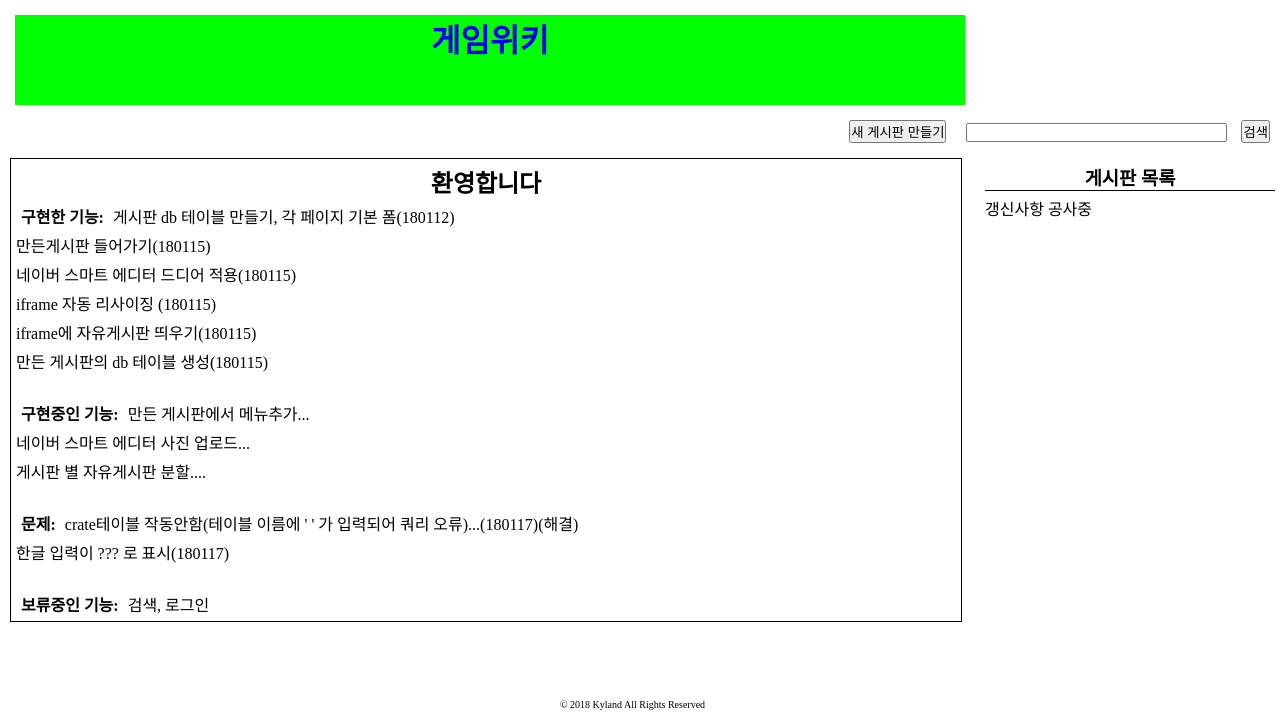
Repository: sithslord/GameWiki
Page: http://localhost/JSPBoard/MainPage/Main.jsp
An editor plug-in stored every save of this project. The page is shown before and after the next save, followed by the edit.
The browser window is 1280 px wide. The page is 1285 px wide, so the pictures cover 1285 px, including what lies to the right of the window. The pictures show the whole page.
The page is served by Tomcat 9.

Above is the page before, as saved 2018-01-18 04:41:39.

After the next save:
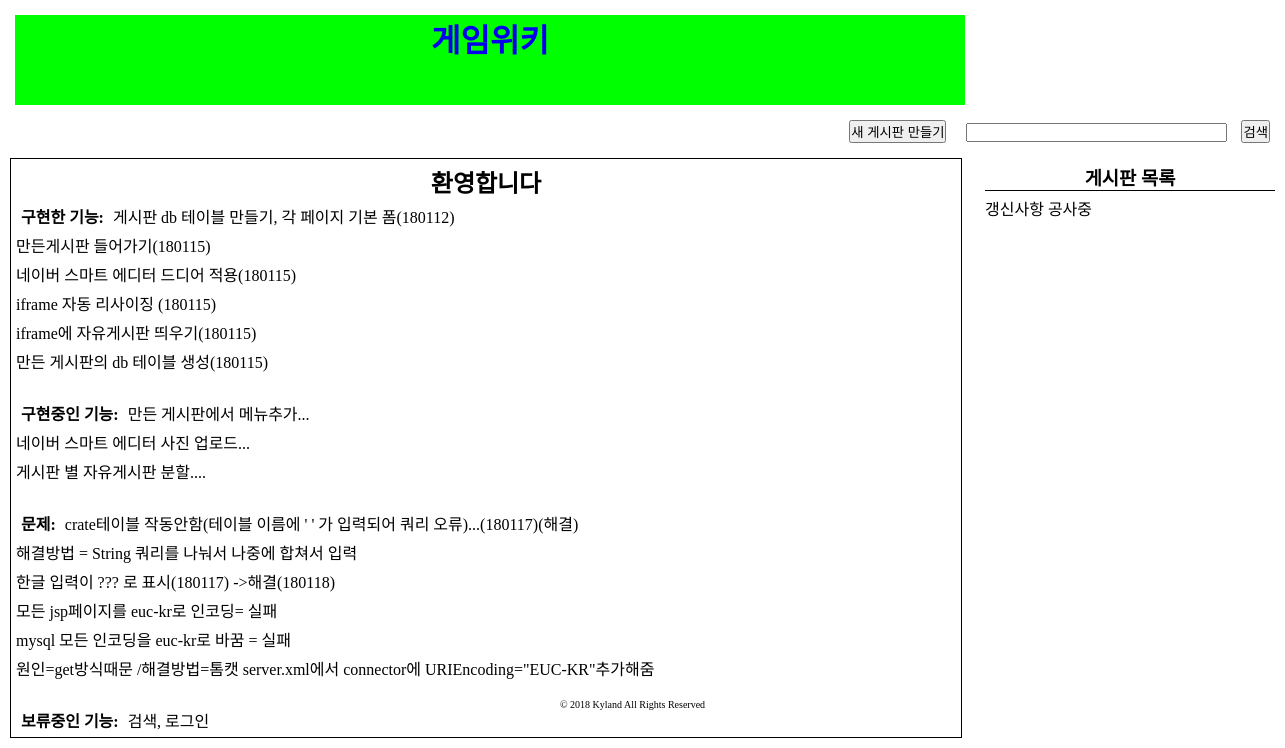
Saved 11 min 42 s later.
--- a/ReWork/JSPBoard/WebContent/MainPage/Main.jsp
+++ b/ReWork/JSPBoard/WebContent/MainPage/Main.jsp
@@ -107,7 +107,11 @@ body{
 		</br>
 
 		<p><strong>문제:</strong> crate테이블 작동안함(테이블 이름에 ' ' 가 입력되어 쿼리 오류)...(180117)(해결)</p>
-		<p>한글 입력이 ??? 로 표시(180117)</p>
+		<p>해결방법 = String 쿼리를 나눠서 나중에 합쳐서 입력</p>
+		<p>한글 입력이 ??? 로 표시(180117) ->해결(180118)</p>
+		<p>모든 jsp페이지를 euc-kr로 인코딩= 실패</p>
+		<p>mysql 모든 인코딩을 euc-kr로 바꿈 = 실패</p>
+		<p>원인=get방식때문 /해결방법=톰캣 server.xml에서 connector에 URIEncoding="EUC-KR"추가해줌 </p>
 		</br>
 		<p><strong>보류중인 기능:</strong> 검색, 로그인</p>
 
